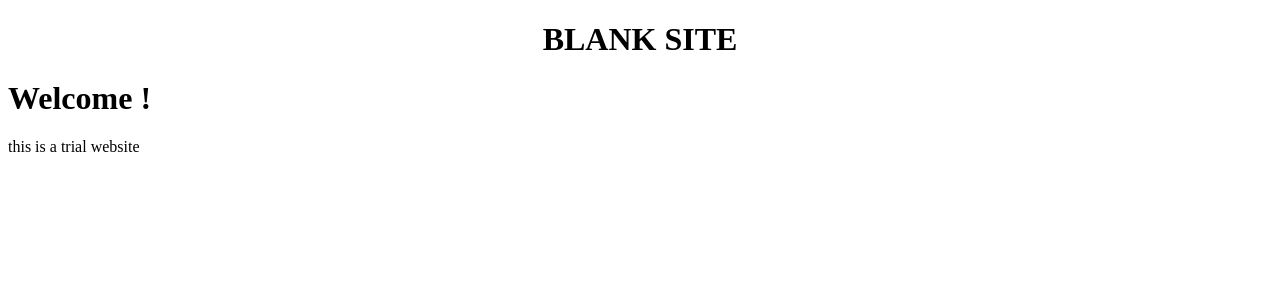
Repository: yhung004/Blank_Project
Page: index.html
These files come from the project's save history. The page is drawn as it stood at one moment and after the next save; the edit follows.
The browser window is 1280 px wide. The pictures show the whole page.

Above is the page before, as saved 2024-04-04 00:31:11.

After the next save:
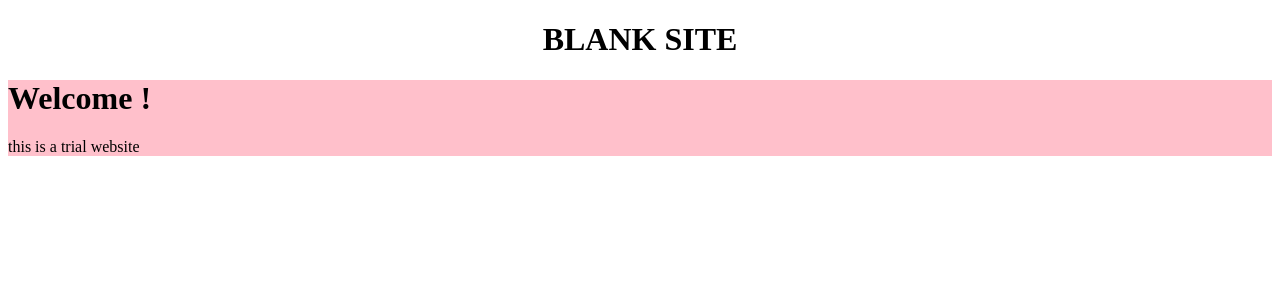
Saved 23 s later.
--- a/index.css
+++ b/index.css
@@ -2,3 +2,6 @@
     text-align:center;
     text-transform: uppercase;
 }
+.main {
+    background-color: pink;
+}

After the 3 saves that followed:
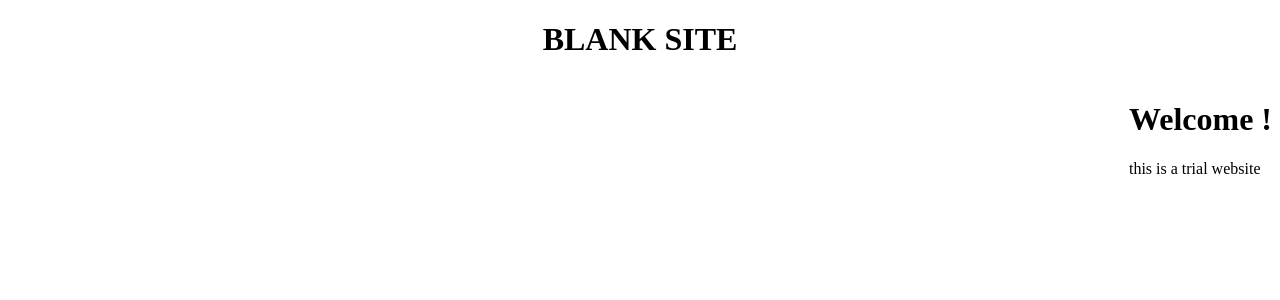
The 3 saves are shown as one change because 2 left the picture as it was.
The last was saved 78 s later.
--- a/index.css
+++ b/index.css
@@ -5,3 +5,9 @@
 .main {
     background-color: pink;
 }
+.white_b {
+    background-color:white;
+}
+.words {
+    float:right;
+}
